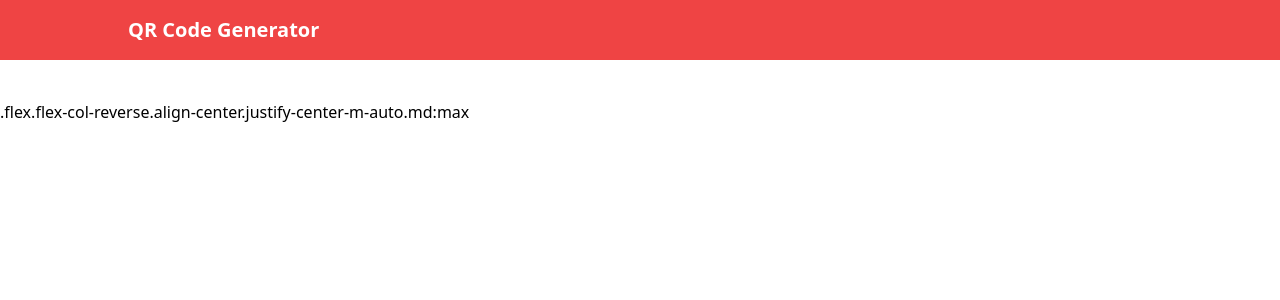
Repository: Ellisvelandia/QR-generator
Page: index.html
These files come from the project's save history. The page is drawn as it stood at one moment and after a run of saves; the edit follows.
The browser window is 1280 px wide. The pictures show the whole page.
Some web libraries are served in a nearby version.

Above is the page before, as saved 2022-08-21 20:41:22.

### index.html
<!DOCTYPE html>
<html lang="en">
  <head>
    <meta charset="UTF-8" />
    <meta http-equiv="X-UA-Compatible" content="IE=edge" />
    <meta name="viewport" content="width=device-width, initial-scale=1.0" />
    <script src="https://cdn.tailwindcss.com"></script>
    <script>
      tailwind.config = {
        theme: {
          extend: {
            colors: {
              fontFamily: {
                sans: ["Poppins", "sans-serif"],
              },
            },
          },
        },
      };
    </script>
    <script
      src="https://cdnjs.cloudflare.com/ajax/libs/qrcodejs/1.0.0/qrcode.min.js"
      integrity="sha512-CNgIRecGo7nphbeZ04Sc13ka07paqdeTu0WR1IM4kNcpmBAUSHSQX0FslNhTDadL4O5SAGapGt4FodqL8My0mA=="
      crossorigin="anonymous"
      referrerpolicy="no-referrer"
    ></script>
    <script src="js/script.js"></script>
    <title>QR Code Generator</title>
  </head>
  <body>
    <header class="bg-red-500 p-4 mb-10">
      <div class="max-w-5xl m-auto">
        <div class="text-xl font-bold text-white">QR Code Generator</div>
      </div>
    </header>
    <main class="">
   .flex.flex-col-reverse.align-center.justify-center-m-auto.md:max
    </main>
  </body>
</html>

Loaded but not shown: js/script.js (no copy from this time; the picture is the same without it)

After the next 3 saves:
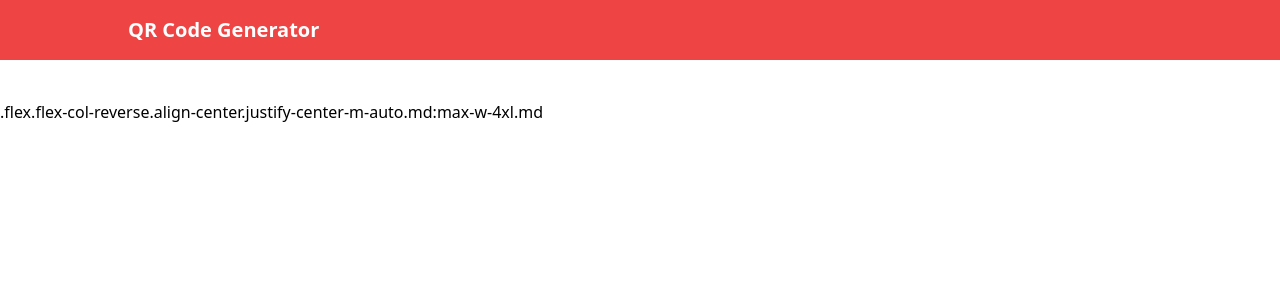
The 3 saves are shown as one change because they came seconds apart.
The last was saved 9 s later.
--- a/index.html
+++ b/index.html
@@ -34,7 +34,7 @@
       </div>
     </header>
     <main class="">
-   .flex.flex-col-reverse.align-center.justify-center-m-auto.md:max
+   .flex.flex-col-reverse.align-center.justify-center-m-auto.md:max-w-4xl.md
     </main>
   </body>
 </html>
